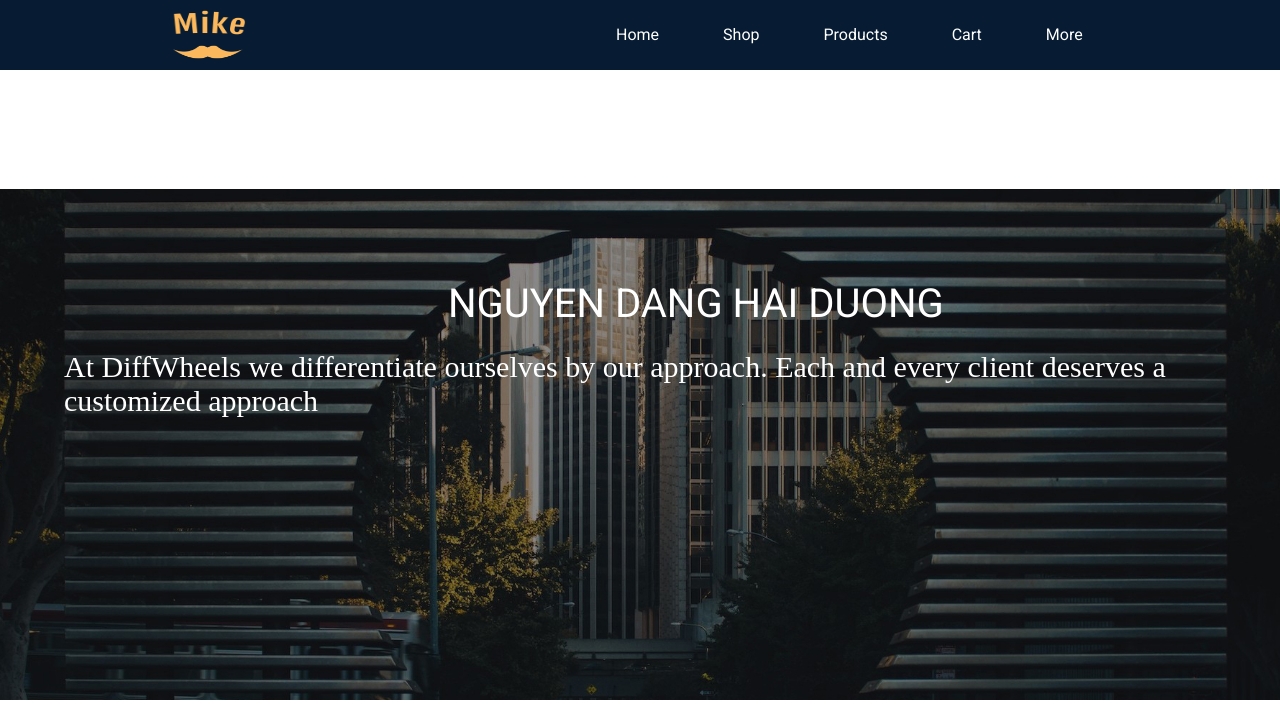
Repository: haiduong7499/Personal-Profile
Page: index.html
An editor plug-in stored every save of this project. The page is shown before and after the next save, followed by the edit.
The browser window is 1280 px wide. The pictures show the whole page.

Above is the page before, as saved 2021-02-28 00:40:58.

After the next save:
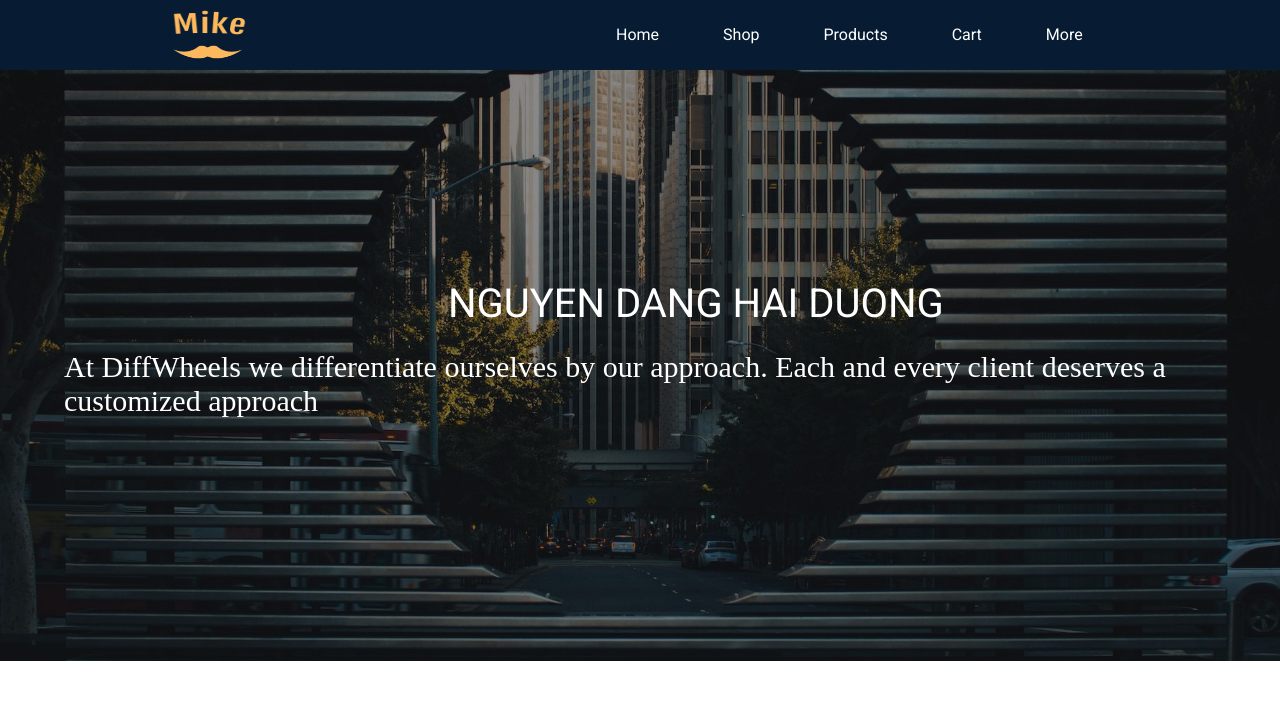
Saved 51 s later.
--- a/style/style.css
+++ b/style/style.css
@@ -51,7 +51,6 @@
 
 #banner .banner-img img{
     position:absolute;
-    bottom:-150px;
     width:100%;
 }
 #banner .banner-text{

After the save that followed:
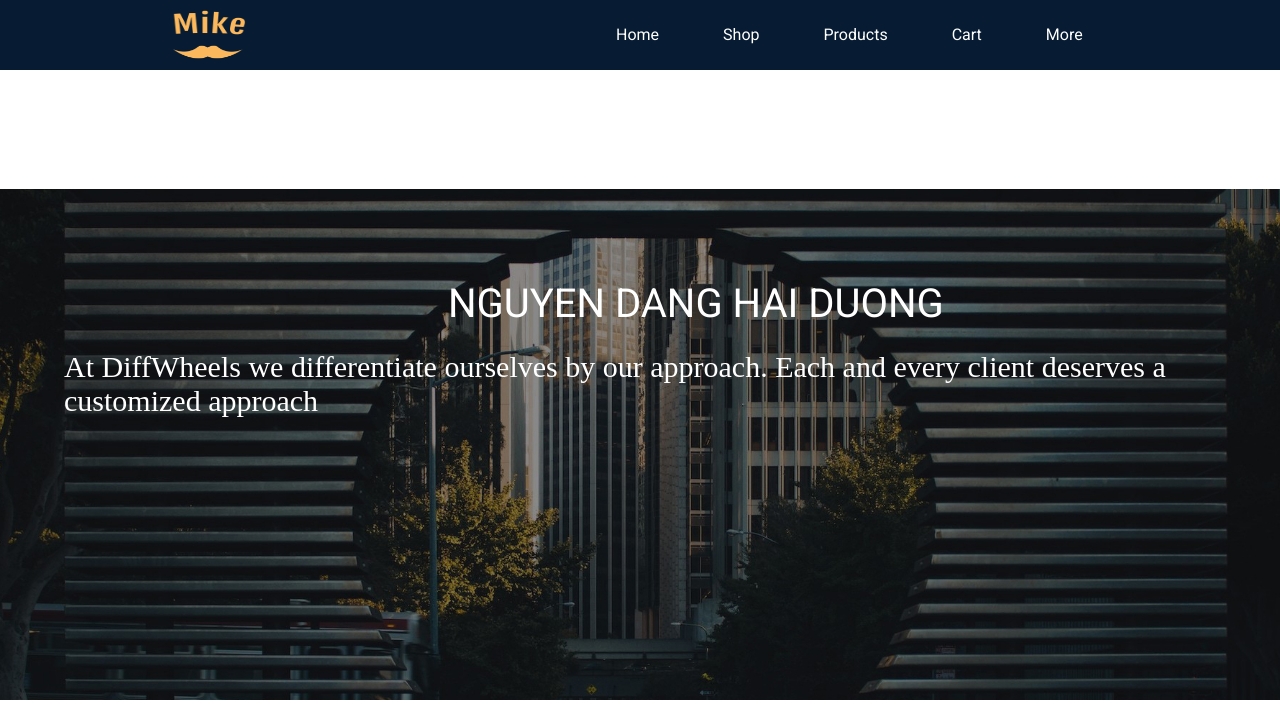
Saved 26 s later.
--- a/style/style.css
+++ b/style/style.css
@@ -51,6 +51,7 @@
 
 #banner .banner-img img{
     position:absolute;
+    bottom:-150px;
     width:100%;
 }
 #banner .banner-text{
